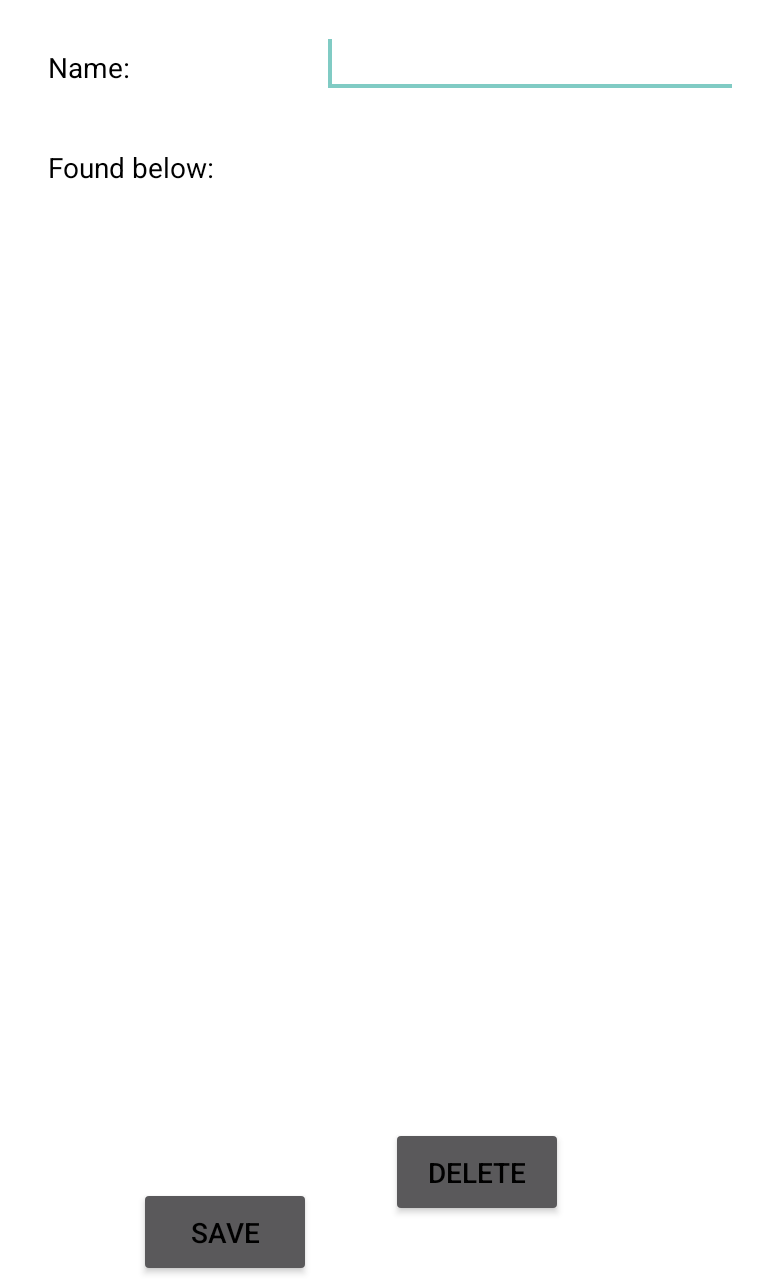
Repository: qfornaguera/AppQuelogy
Layout: AppQueology/res/layout/activity_artifact.xml
The author's editor kept a copy of each file at every save. The layout is drawn from the files as they stood at one save, then again after the next save.
It is drawn on a 768 x 1280 px phone screen (xhdpi) without system bars, with theme Theme.AppCompat; the app's code is not run.

Above is the layout before, as saved 2014-04-18 18:10:43.

After the next save:
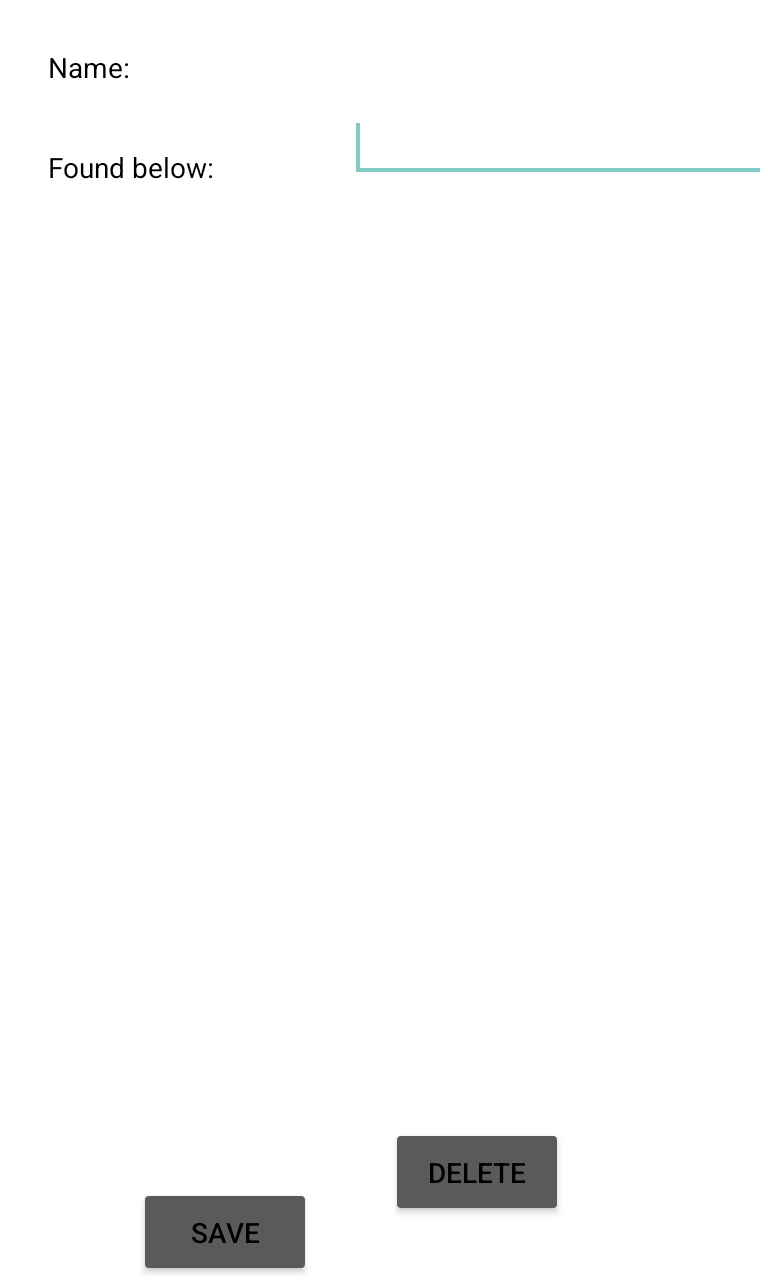
Saved 56 s later.
--- a/AppQueology/res/layout/activity_artifact.xml
+++ b/AppQueology/res/layout/activity_artifact.xml
@@ -6,21 +6,6 @@
     android:background="#ffffff"
     tools:context="com.example.appqueology.ArtifactActivity"
     tools:ignore="MergeRootFrame" >
-
-    <EditText
-        android:id="@+id/editText1"
-        android:layout_width="wrap_content"
-        android:layout_height="wrap_content"
-        android:layout_alignBaseline="@+id/textView1"
-        android:layout_alignBottom="@+id/textView1"
-        android:layout_alignParentRight="true"
-        android:layout_marginRight="14dp"
-        android:maxLength="25"
-        android:textColor="#000000"
-        android:ems="10" >
-
-        <requestFocus />
-    </EditText>
 
     <TextView
         android:id="@+id/textView1"
@@ -68,9 +53,22 @@
         android:layout_width="wrap_content"
         android:layout_height="wrap_content"
         android:layout_alignBottom="@+id/textView2"
-        android:layout_alignRight="@+id/editText1"
-        android:layout_below="@+id/editText1"
-        android:layout_toRightOf="@+id/textView2"
-        android:ems="10" />
+        android:layout_alignParentRight="true"
+        android:ems="10" >
+
+        <requestFocus />
+    </EditText>
+
+    <EditText
+        android:id="@+id/editText1"
+        android:layout_width="wrap_content"
+        android:layout_height="wrap_content"
+        android:layout_alignBaseline="@+id/textView1"
+        android:layout_alignBottom="@+id/textView1"
+        android:layout_alignLeft="@+id/save"
+        android:layout_alignParentRight="true"
+        android:ems="10"
+        android:maxLength="25"
+        android:textColor="#000000" />
 
 </RelativeLayout>
